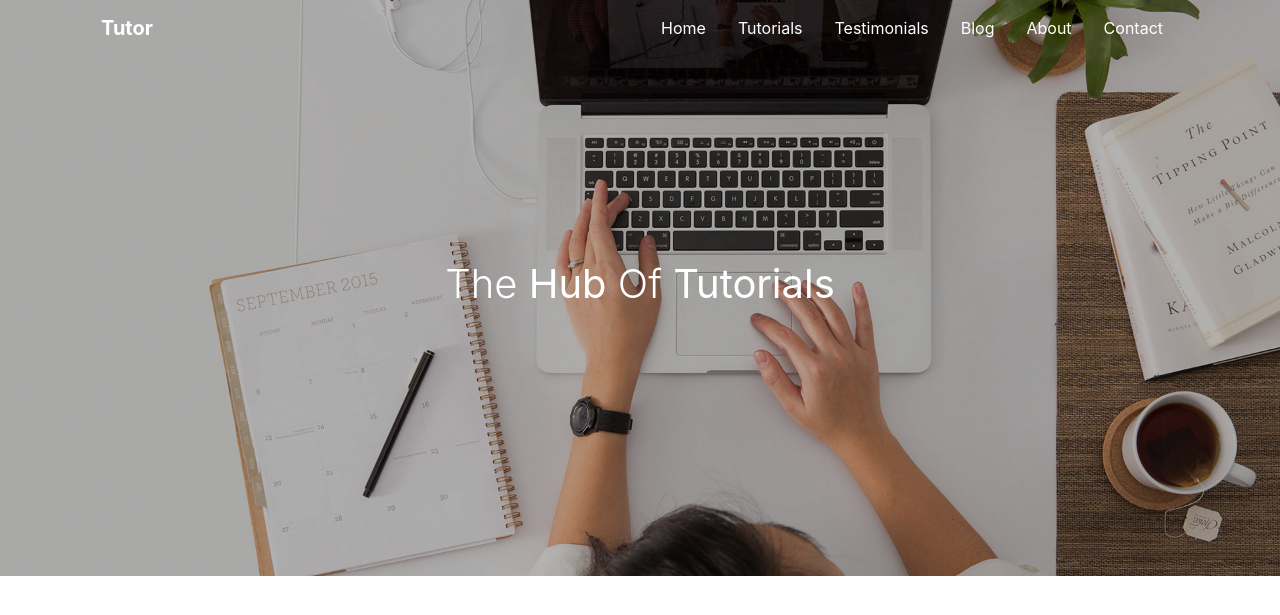
Repository: longvh2003/Tutor
Page: Views/home.html
An editor plug-in stored every save of this project. The page is shown before and after the next save, followed by the edit.
The browser window is 1280 px wide. The pictures show the whole page.
Some web libraries are served in a nearby version.

Above is the page before, as saved 2020-08-12 16:22:20.

After the next save:
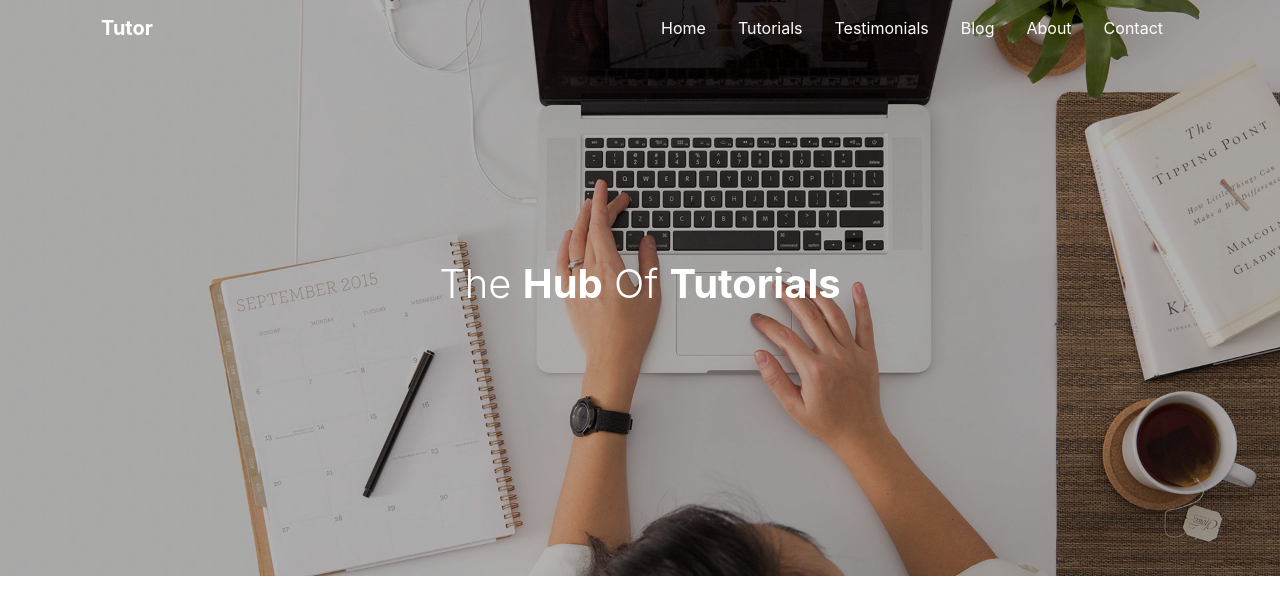
Saved 25 s later.
--- a/Css/home.css
+++ b/Css/home.css
@@ -24,3 +24,6 @@ body {
 .title-header h1{
     font-weight: 300;
 }
+.title-header strong{
+    font-weight: bold;
+}
